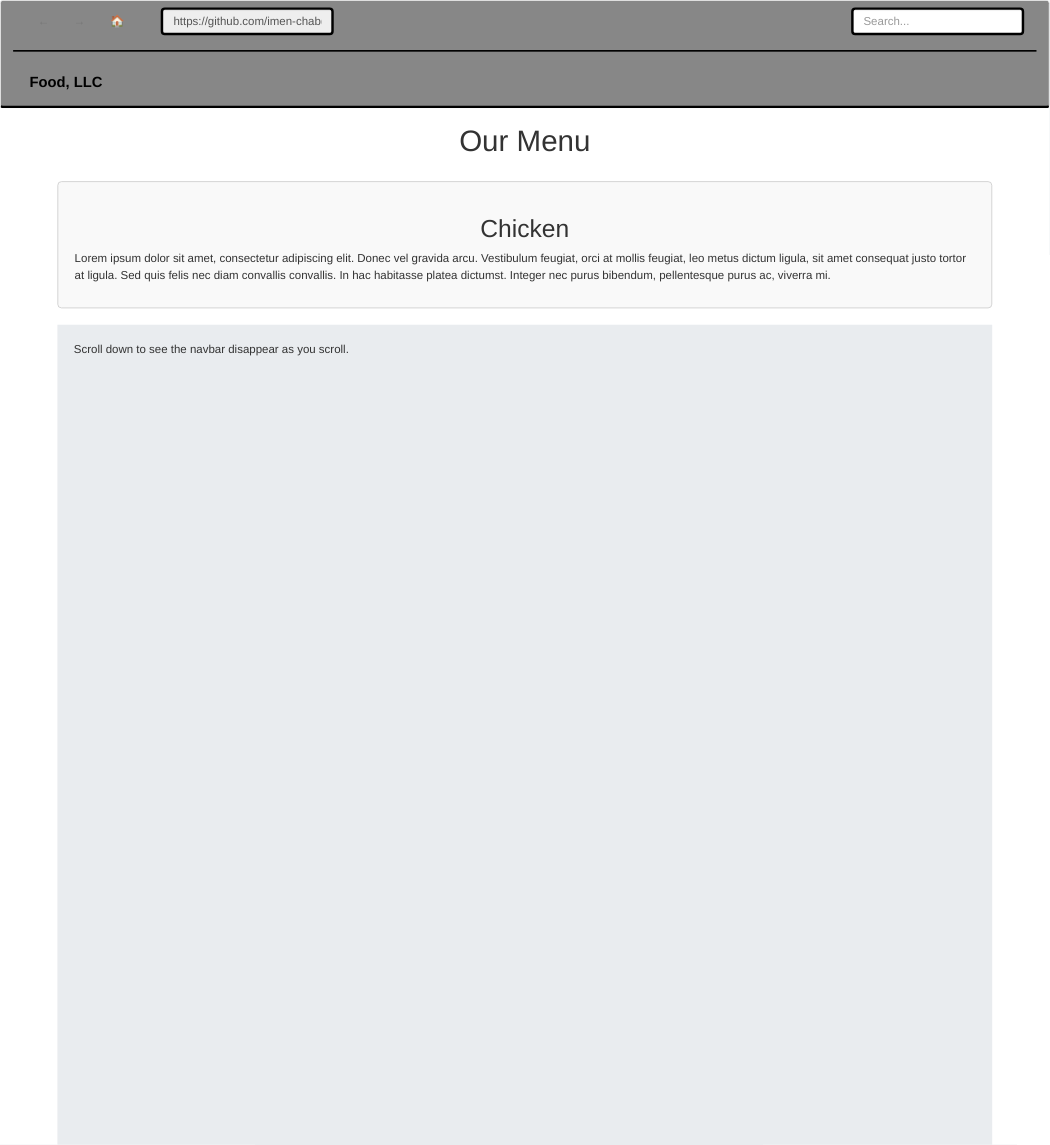
Repository: imen-chabchoub/coursera-test1
Page: mod3-solution/index.html
The author's editor kept a copy of each file at every save. The page is drawn from the files as they stood at one save, then again after the next save.
The browser window is 1280 px wide. The pictures show the whole page, at 82% of full size.

Above is the page before, as saved 2025-02-12 15:52:53.

After the next save:
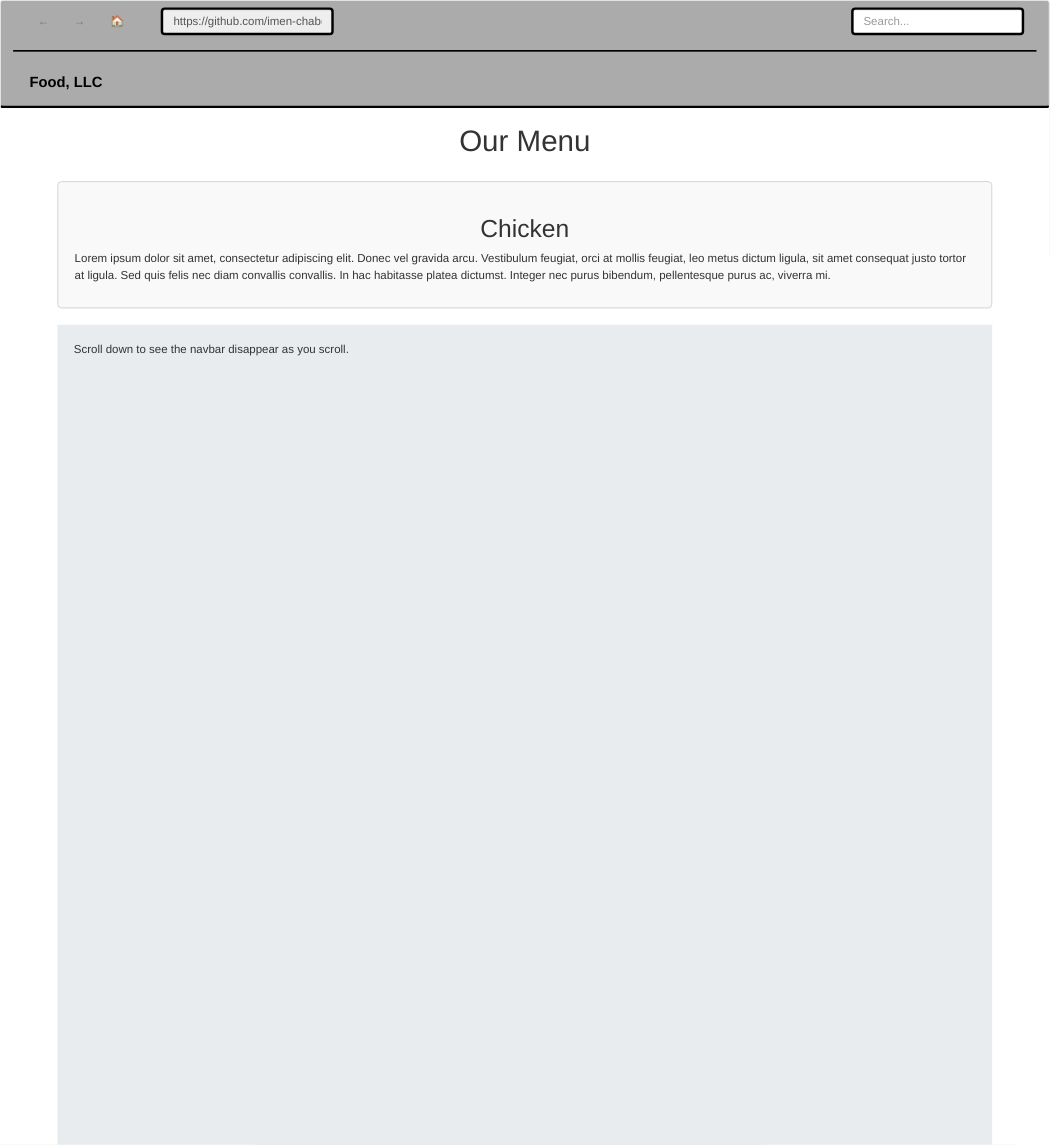
Saved 32 s later.
--- a/mod3-solution/css/style.css
+++ b/mod3-solution/css/style.css
@@ -1,7 +1,7 @@
 
 .navbar {
     margin-bottom: 0;
-    background-color: #878787;
+    background-color: #ababab;
     border-bottom: black solid;
 }
 
